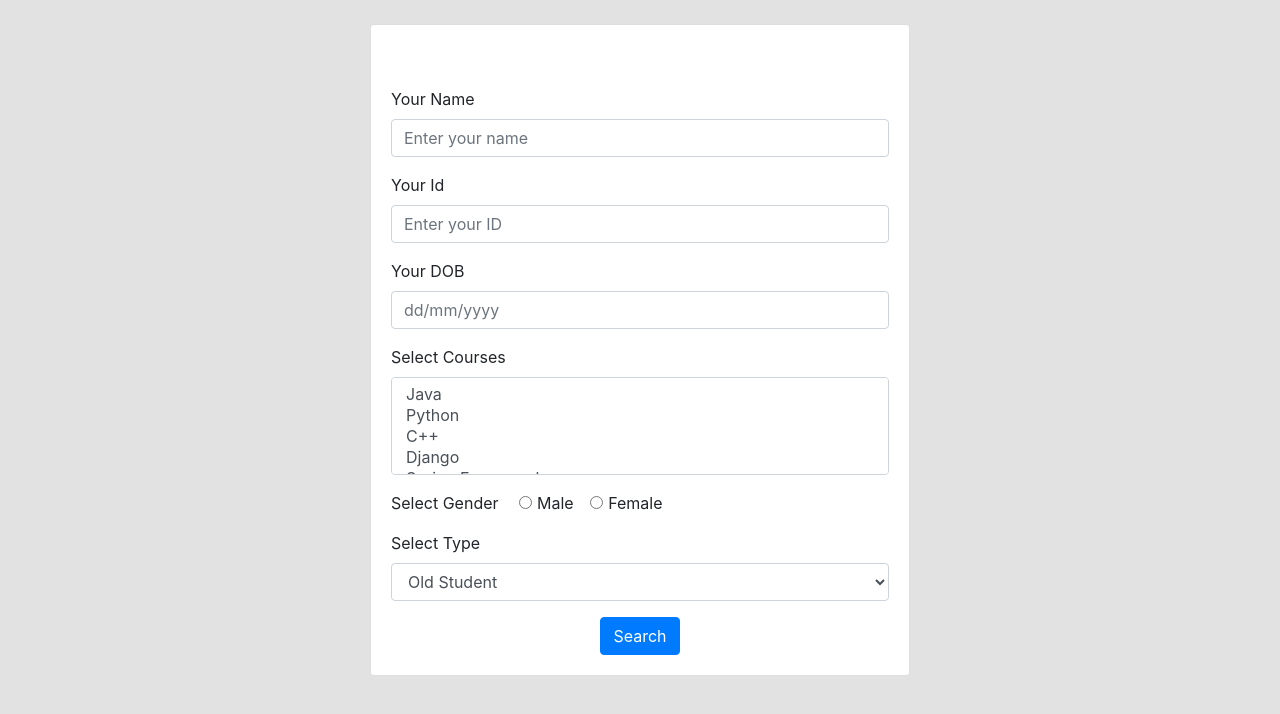
Repository: GovindParve/spring_mvc_maven_search_project
Page: http://localhost/springmvcsearch/complex
An editor plug-in stored every save of this project. The page is shown before and after the next save, followed by the edit.
The browser window is 1280 px wide. The pictures show the whole page.
Some web libraries are served in a nearby version. The page is served by Tomcat 9.

Above is the page before, as saved 2023-06-18 09:01:33.

After the next save:
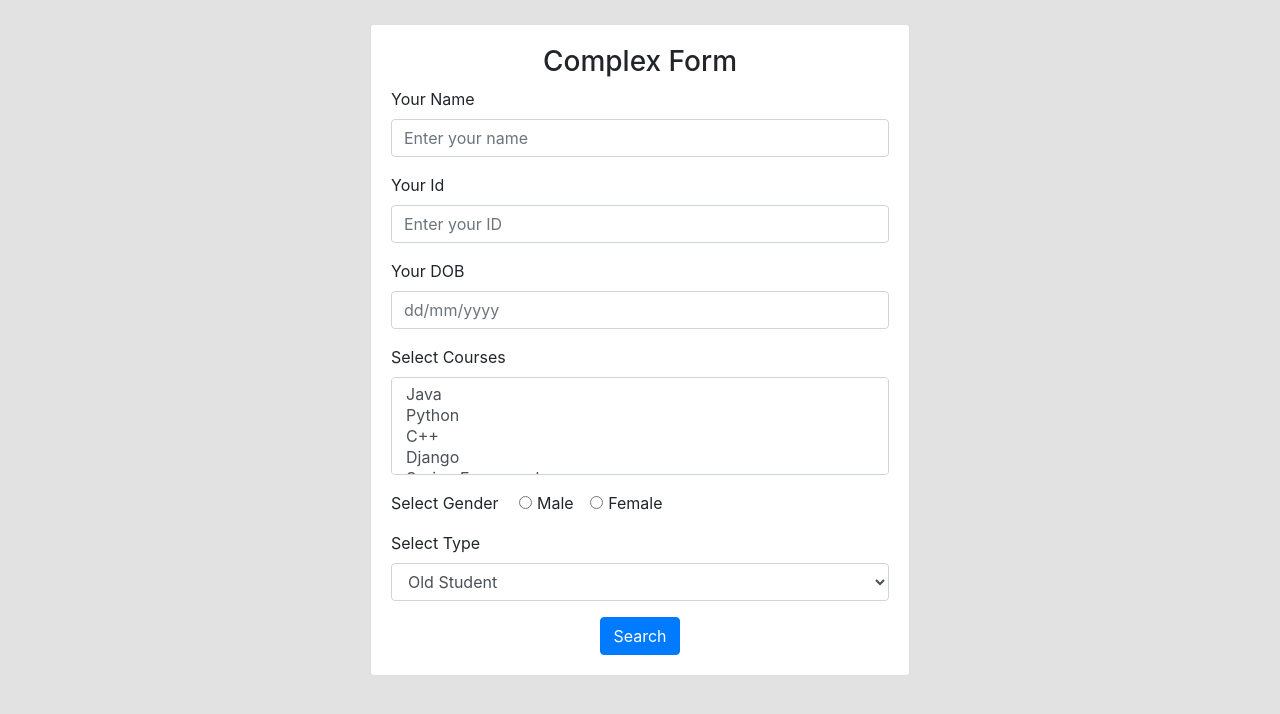
Saved 2 min 34 s later.
--- a/springmvcsearch/src/main/webapp/WEB-INF/views/complex_form.jsp
+++ b/springmvcsearch/src/main/webapp/WEB-INF/views/complex_form.jsp
@@ -19,7 +19,7 @@
     		<div class="col-md-6 offset-md-3">
     			<div class="card">
     				<div class="card-body">
-    					<h3 class="text-center text-white" style="text-transform: uppercase">Complex Form</h3>
+    					<h3 class="text-center">Complex Form</h3>
     					<form action="handdle">
     						<div class="form-group">
     							<label for="name">Your Name</label>
